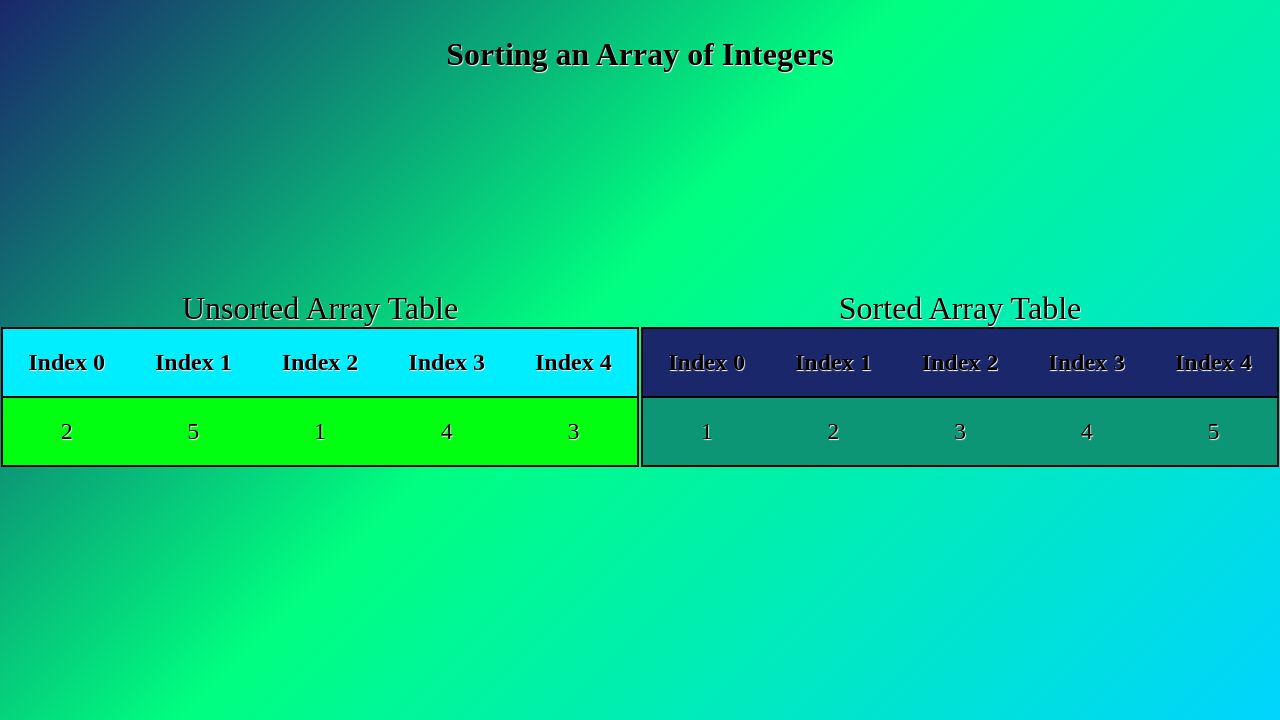
Repository: mlmEFSC21/P16-Sorting-Integers
Page: sort.html
The author's editor kept a copy of each file at every save. The page is drawn from the files as they stood at one save, then again after the next save.
The browser window is 1280 px wide. The pictures show the whole page.

Above is the page before, as saved 2022-03-24 19:25:08.

### sort.html
<!DOCTYPE html>
<html lang="en">
    <head>
        <meta charset="UTF-8" />
        <meta http-equiv="X-UA-Compatible" content="IE=edge" />
        <meta name="viewport" content="width=device-width, initial-scale=1.0" />
        <link rel="stylesheet" href="sort.css" />
        <!-- <script defer src="sort.js"></script> -->
        <title>Array Sorting</title>
    </head>
    <body>
        <header class="mainHeader">
            <h1>Sorting an Array of Integers</h1>
        </header>
        <section>
            <div class="arrayContainer" id="arrayContainer">
                <!-- <h2 class="unsorted" id="unsorted">Array 1</h2>
                <h2 class="sorted" id="sorted">Array 2</h2> -->
                <table class="unsortedTable" id="unsortedTable">
                    <caption>
                        Unsorted Array Table
                    </caption>
                    <thead>
                        <tr class="theadRow">
                            <th>Index 0</th>
                            <th>Index 1</th>
                            <th>Index 2</th>
                            <th>Index 3</th>
                            <th>Index 4</th>
                        </tr>
                    </thead>
                    <tbody>
                        <tr>
                            <td>2</td>
                            <td>5</td>
                            <td>1</td>
                            <td>4</td>
                            <td>3</td>
                        </tr>
                    </tbody>
                </table>
                <table class="sortedTable" id="sortedTable">
                    <caption>
                        Sorted Array Table
                    </caption>
                    <thead>
                        <th>Index 0</th>
                        <th>Index 1</th>
                        <th>Index 2</th>
                        <th>Index 3</th>
                        <th>Index 4</th>
                    </thead>
                    <tbody>
                        <tr>
                            <td>1</td>
                            <td>2</td>
                            <td>3</td>
                            <td>4</td>
                            <td>5</td>
                        </tr>
                    </tbody>
                </table>
            </div>
        </section>
    </body>
</html>

### sort.css
:root {
    --clr-background: #00ff8f;
    --clr-primary-T1: hsl(184, 100%, 50%);
    --clr-primary-T2: hsl(230, 61%, 26%);
    --clr-secondary-T1: hsl(124, 100%, 50%);
    --clr-secondary-T2: hsl(166, 84%, 32%);
}
*,
*::after,
*::before {
    box-sizing: border-box;
    margin: 0;
    padding: 0;
}
body {
    font-size: 0.875;
    text-shadow: 0.75px 0.75px 1px white;
    background-color: var(--clr-background);
    background-repeat: no-repeat;
    background-size: cover;
    background: linear-gradient(
        135deg,
        rgba(26, 39, 107, 1) 0%,
        rgba(0, 255, 128, 1) 45%,
        rgba(0, 212, 255, 1) 100%
    );
    height: 100vh;
}
.mainHeader {
    height: 15vh;
    display: flex;
    align-items: center;
    justify-content: center;
}
.arrayContainer {
    height: min(75vh, 640px);
    display: flex;
    align-items: center;
    justify-content: space-around;
}
table {
    border-collapse: collapse;
    font-size: 1.5rem;
    border: 2px solid black;
}
caption {
    font-size: 2rem;
}
thead {
    border-bottom: 2px solid black;
}
th {
}
th,
td {
    margin: 10px 15px;
    padding: 20px 25px;
}
.unsortedTable th {
    background-color: var(--clr-primary-T1);
}
.unsortedTable td {
    background-color: var(--clr-secondary-T1);
    text-align: center;
}
.sortedTable th {
    background-color: var(--clr-primary-T2);
}
.sortedTable td {
    background-color: var(--clr-secondary-T2);
    text-align: center;
}

After the next save:
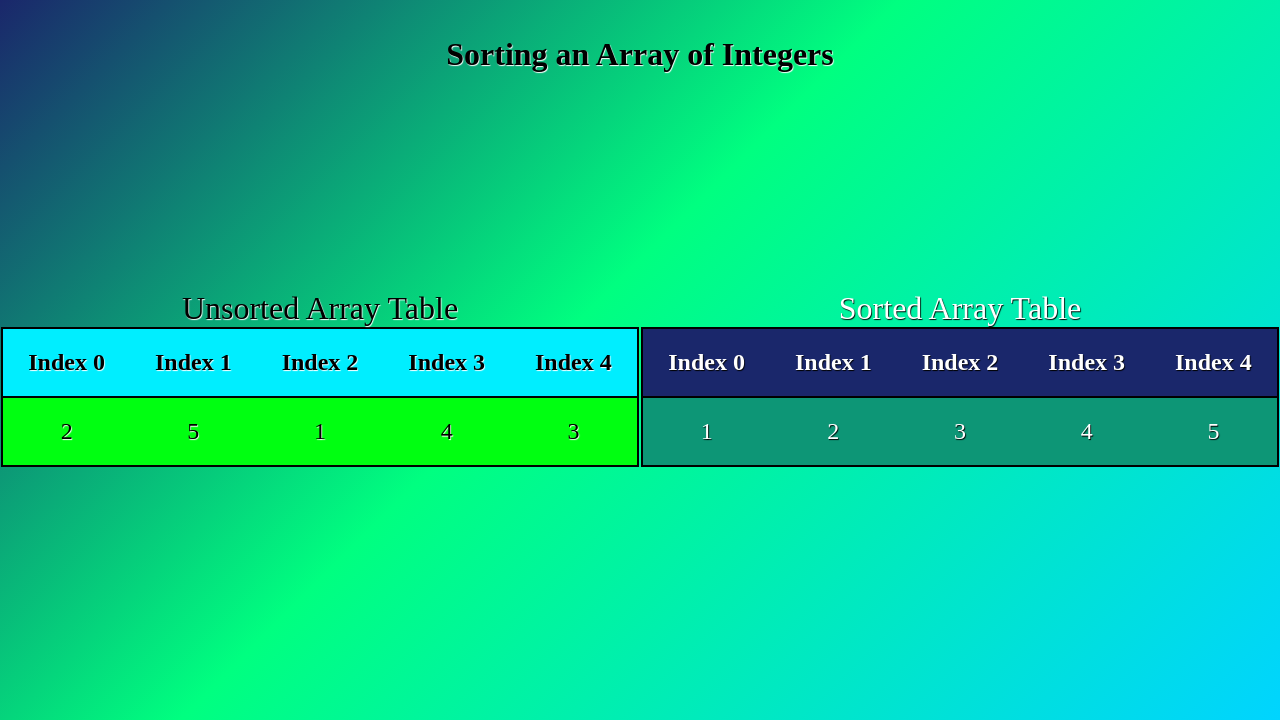
Saved 72 s later.
--- a/sort.css
+++ b/sort.css
@@ -63,6 +63,10 @@ td {
     background-color: var(--clr-secondary-T1);
     text-align: center;
 }
+.sortedTable {
+    color: white;
+    text-shadow: 0.75px 0.75px 1px black;
+}
 .sortedTable th {
     background-color: var(--clr-primary-T2);
 }
